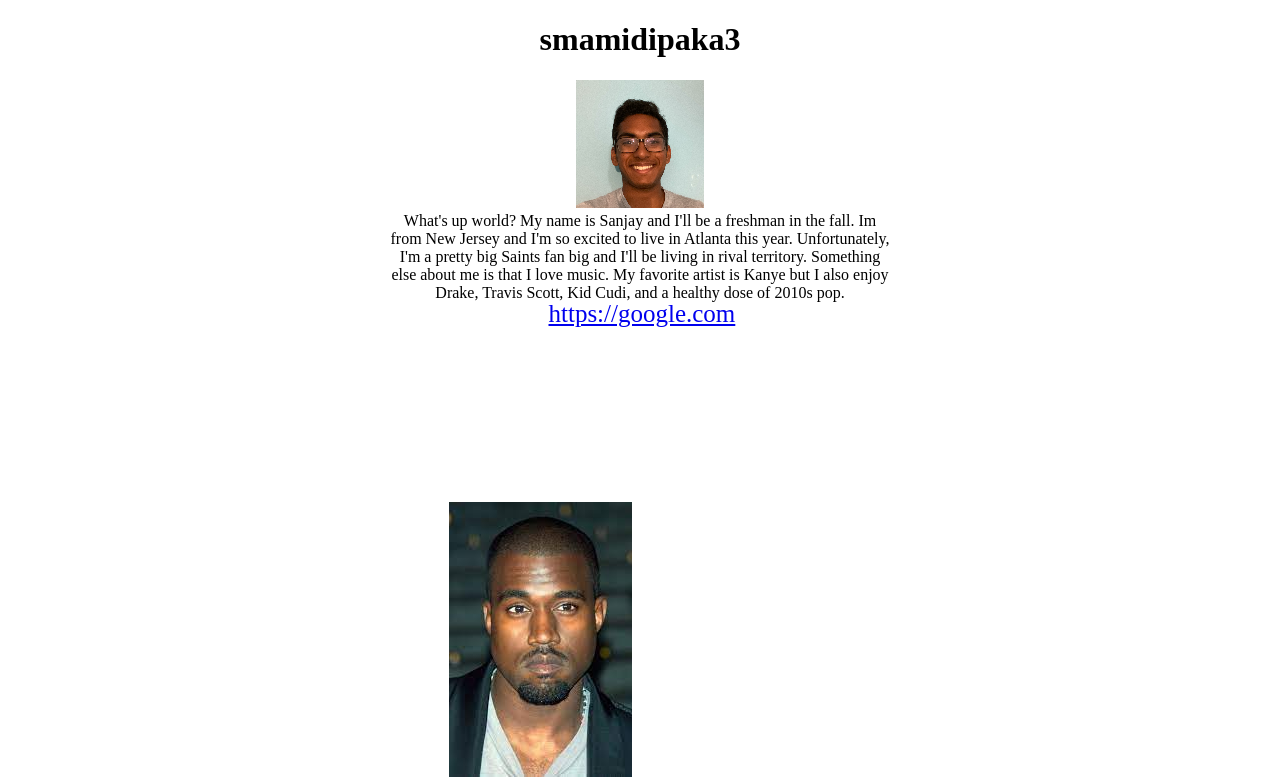
Repository: sanjayMamidipaka/cs1301
Page: lab01/index.html
An editor plug-in stored every save of this project. The page is shown before and after the next save, followed by the edit.
The browser window is 1280 px wide. The pictures show the whole page.

Above is the page before, as saved 2021-07-22 16:18:25.

After the next save:
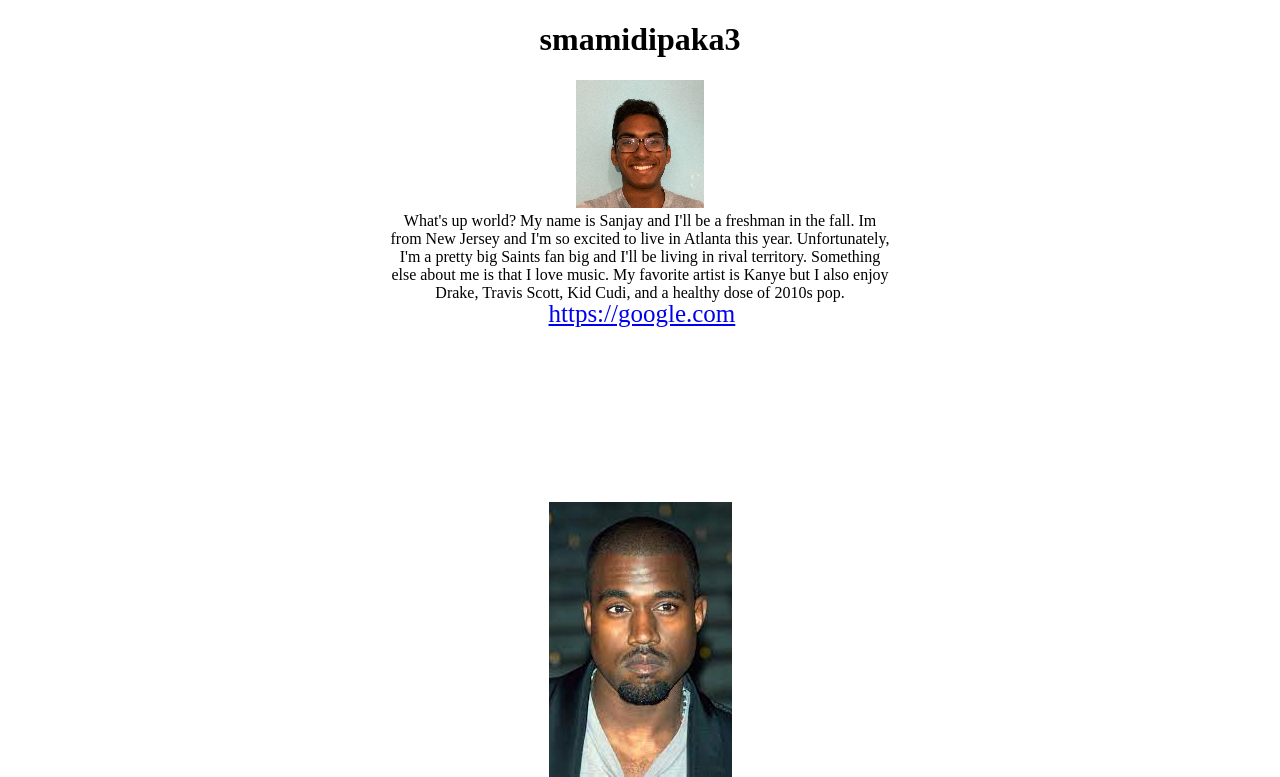
Saved 9 s later.
--- a/lab01/style.css
+++ b/lab01/style.css
@@ -16,6 +16,5 @@
 
 .kanye {
     position: relative;
-    left: -100px;
     top: 200px;
 }
